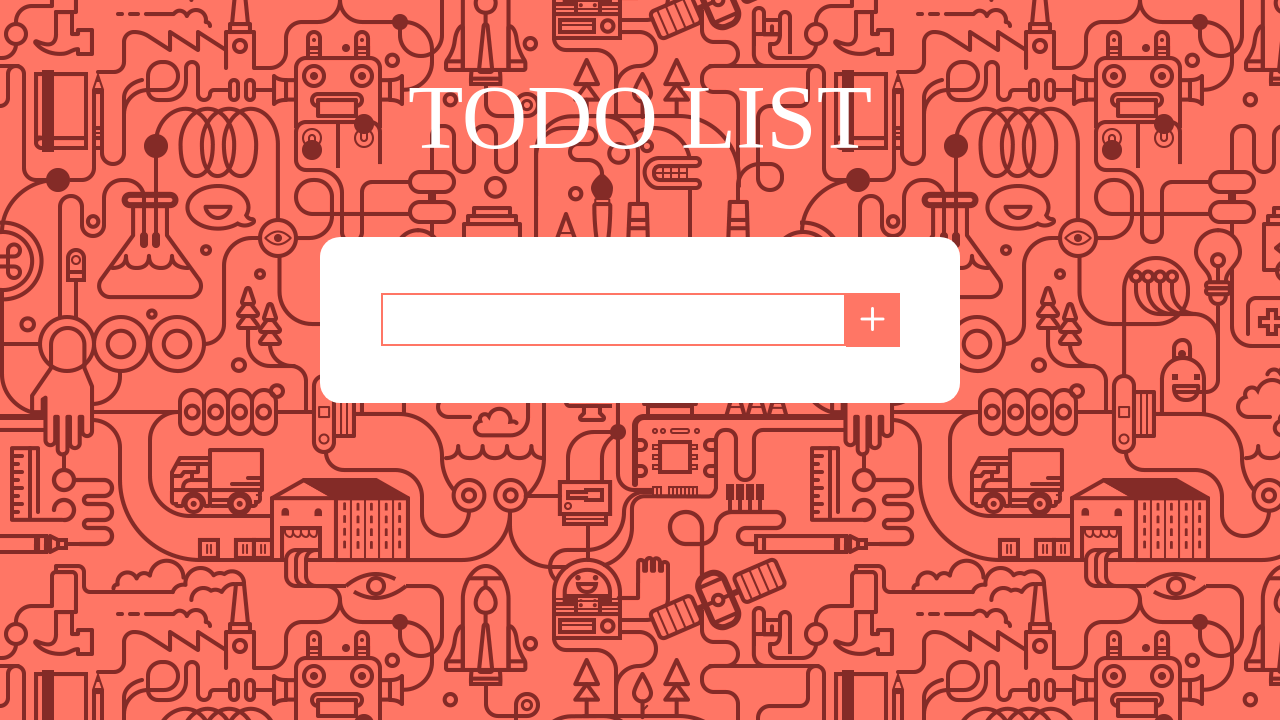
Repository: zum281/todo-list
Page: index.html
The author's editor kept a copy of each file at every save. The page is drawn from the files as they stood at one save, then again after the next save.
The browser window is 1280 px wide. The pictures show the whole page.
Some web fonts or font styles are not loaded; a fallback is used. Some web libraries are served in a nearby version. The style sheet was rebuilt from its Sass, Less or Tailwind sources for each picture, by a compiler version that may differ from the author's.

Above is the page before, as saved 2021-03-05 17:08:37.

### index.html
<!DOCTYPE html>
<html lang="en">

    <head>
        <meta charset="UTF-8">
        <meta http-equiv="X-UA-Compatible" content="IE=edge">
        <meta name="viewport" content="width=device-width, initial-scale=1.0">

        <!-- Bootstrap CSS -->
        <link href="https://cdn.jsdelivr.net/npm/bootstrap@5.0.0-beta2/dist/css/bootstrap.min.css" rel="stylesheet"
            integrity="sha384-BmbxuPwQa2lc/FVzBcNJ7UAyJxM6wuqIj61tLrc4wSX0szH/Ev+nYRRuWlolflfl" crossorigin="anonymous">
        <!-- Option 1: Bootstrap Bundle with Popper -->
        <script src="https://cdn.jsdelivr.net/npm/bootstrap@5.0.0-beta2/dist/js/bootstrap.bundle.min.js"
            integrity="sha384-b5kHyXgcpbZJO/tY9Ul7kGkf1S0CWuKcCD38l8YkeH8z8QjE0GmW1gYU5S9FOnJ0" crossorigin="anonymous">
        </script>
        <link rel="stylesheet" href="https://cdn.jsdelivr.net/npm/bootstrap-icons@1.4.0/font/bootstrap-icons.css">
        <!--Jquery-->
        <script src="https://code.jquery.com/jquery-3.6.0.min.js"
            integrity="sha256-/xUj+3OJU5yExlq6GSYGSHk7tPXikynS7ogEvDej/m4=" crossorigin="anonymous"></script>

        <link rel="stylesheet" href="css/main.css">
        <title>Todo List</title>
    </head>

    <body>
        <h1 class="title">TODO LIST</h1>
        <div class="container main">
            <div class="add-todo-box">
                <input type="text" name="add-todo" id="add-todo">
                <div class="icon"><i class="bi bi-plus"></i></div>
            </div>
            <div class="todo-list-container">
                <ul class="todo-list">
                    <!--
                    <li class="todo-item"><span class="todo-text"></span>
                        <div class="icons">
                            <div class="icon"><i class="bi bi-check"></i></div>
                            <div class="icon"><i class="bi bi-x"></i></div>
                        </div>
                    </li>
                     -->
                </ul>
            </div>
        </div>
        <script src="js/main.js"></script>
    </body>

</html>

### sass/main.scss
@import url("https://fonts.googleapis.com/css2?family=Poppins:wght@300;400;500;600;700&display=swap");
@import url("https://fonts.googleapis.com/css2?family=Chelsea+Market&display=swap");

* {
    margin: 0;
    padding: 0;
    box-sizing: border-box;
}

body {
    font-weight: 300;
    font-family: "Poppins";
    background: url("/assets/science.png");
    //background-color: #f0f0f0;
    background-repeat: repeat;
    color: #333333;
}

.title {
    font-family: "Chelsea Market";
    text-align: center;
    font-size: 68pt;
    color: #fff;
    margin: 4rem auto;
}

.main {
    min-width: 300px;
    display: flex;
    flex-direction: column;
    align-items: center;
    justify-content: space-between;
    margin-top: 1rem;
    padding: 2.5rem 1.5rem;
    max-width: 50%;
    border-radius: 20px;
    background-color: #fff;

    .add-todo-box {
        width: 100%;
        display: flex;
        align-items: center;
        justify-content: center;

        input {
            border: none;
            border: 2px solid #ff7665;
            line-height: 1;
            padding: 0.5rem 1rem 0.5rem 1rem;
            font-size: 10px;
            color: #333333;
            &:focus {
                outline: none;
            }
        }
        .icon {
            background-color: #ff7665;
            display: grid;
            place-items: center;
            width: 36px;
            height: 36px;
            color: #fff;
            cursor: pointer;

            i {
                font-size: 36px;
                line-height: 1;
            }
        }
    }
    .todo-list-container {
        display: none;
        padding: 2.5rem;
        width: 100%;

        ul {
            padding-left: 1rem;

            .todo-item {
                display: flex;
                align-items: center;
                justify-content: space-between;
                font-size: 18px;
                .icons {
                    display: flex;
                    .icon {
                        display: grid;
                        place-items: center;
                        width: 28px;
                        height: 28px;
                        i {
                            font-size: 24px;
                            line-height: 1;
                        }
                    }
                }
            }
        }
    }
}

@media screen and (min-width: 767px) {
    .main {
        min-width: 600px;
        padding: 3.5rem 1.5rem;

        .add-todo-box {
            input {
                font-size: 22px;
            }
            .icon {
                width: 54px;
                height: 54px;

                i {
                    font-size: 48px;
                }
            }
        }
        .todo-list-container {
            display: none;
            padding: 2.5rem;
            width: 100%;

            ul {
                padding-left: 1rem;

                .todo-item {
                    display: flex;
                    align-items: center;
                    justify-content: space-between;
                    font-size: 18px;
                    .icons {
                        display: flex;
                        .icon {
                            display: grid;
                            place-items: center;
                            width: 28px;
                            height: 28px;
                            i {
                                font-size: 24px;
                                line-height: 1;
                            }
                        }
                    }
                }
            }
        }
    }
}

Loaded but not shown: js/main.js (common file)

After the next save:
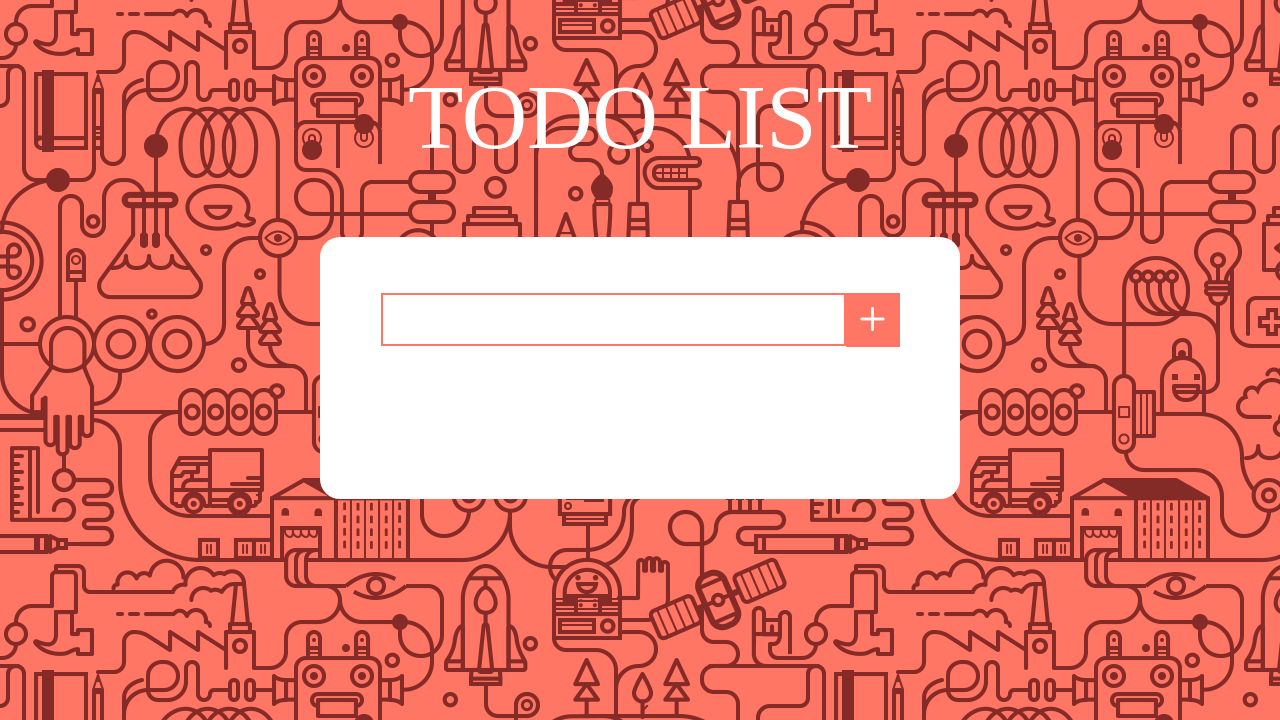
Saved 43 s later.
--- a/sass/main.scss
+++ b/sass/main.scss
@@ -69,7 +69,7 @@ body {
         }
     }
     .todo-list-container {
-        display: none;
+        //  display: none;
         padding: 2.5rem;
         width: 100%;
 
@@ -118,7 +118,7 @@ body {
             }
         }
         .todo-list-container {
-            display: none;
+            // display: none;
             padding: 2.5rem;
             width: 100%;
 
